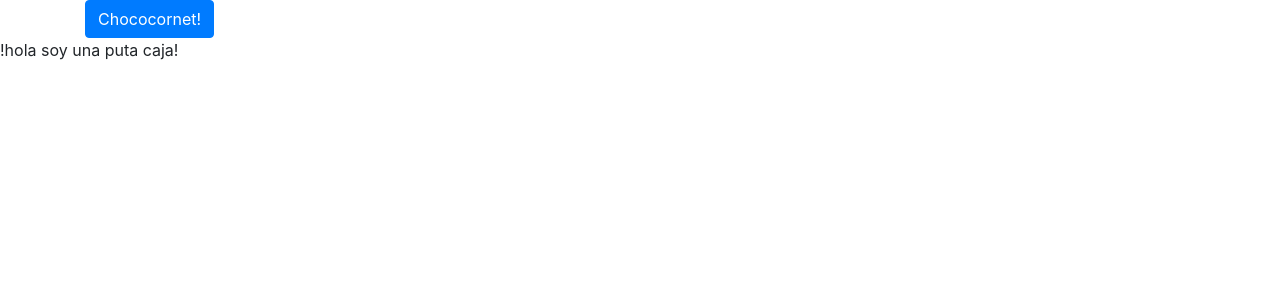
Repository: gitmadacode/practica_javascript
Page: Inicio/index.html
The author's editor kept a copy of each file at every save. The page is drawn from the files as they stood at one save, then again after the next save.
The browser window is 1280 px wide. The pictures show the whole page.

Above is the page before, as saved 2019-09-09 00:08:34.
Console error (its wording comes from the project's code and is left out).

After the next save:
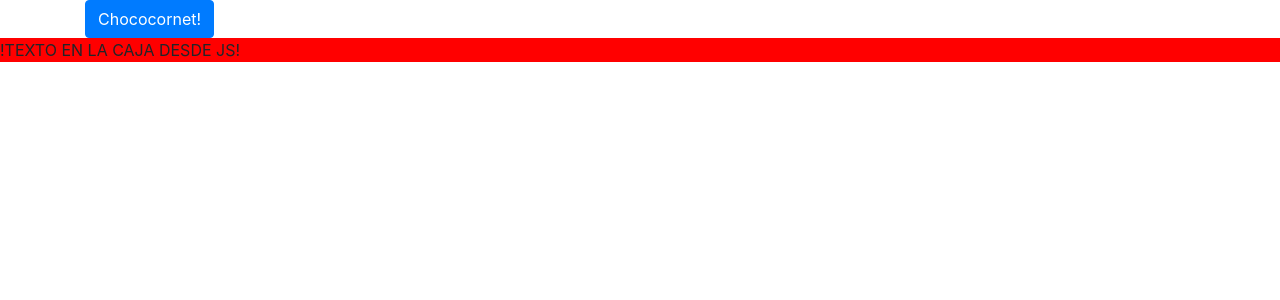
The error is gone.
Saved 34 s later.
--- a/Inicio/js/dom.js
+++ b/Inicio/js/dom.js
@@ -4,6 +4,6 @@
 
 caja.innerHTML = "!TEXTO EN LA CAJA DESDE JS!";
 
-caja.style.background = #f00;
+caja.style.background = '#f00';
 
 console.log(caja);
